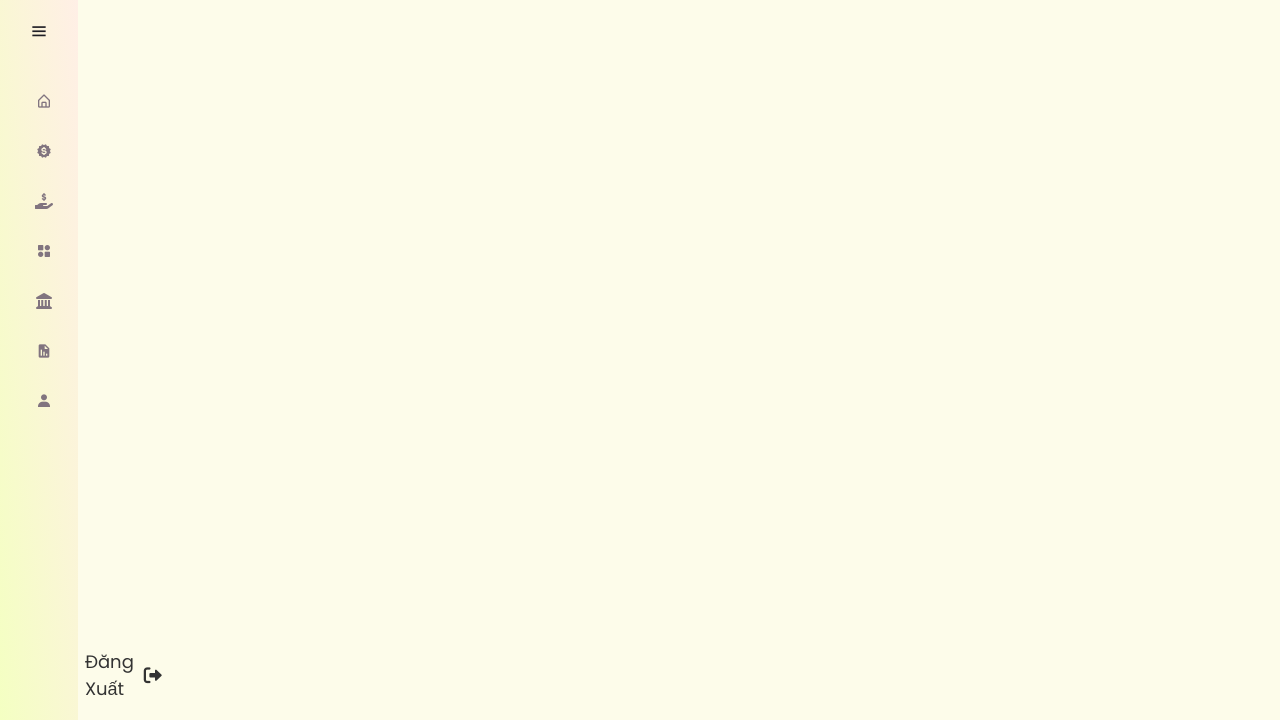
Repository: Dien973/expense_manager
Page: http://localhost/expense_manager/user_page/home.php
An editor plug-in stored every save of this project. The page is shown before and after the next save, followed by the edit.
The browser window is 1280 px wide. The pictures show the whole page.
The page is run by PHP 8.4 with error messages shown; the project is at /var/www/html/.

Above is the page before, as saved 2025-12-05 20:26:33.

### user_page/home.php
<?php

@include '../config.php';
session_start();
?>

<!DOCTYPE html>
<html lang="en">
<head>
    <meta charset="UTF-8">
   <meta http-equiv="X-UA-Compatible" content="IE=edge">
   <meta name="viewport" content="width=device-width, initial-scale=1.0">
   <title>Trang Chủ</title>

   <!-- font awesome cdn link  -->
   <link rel="stylesheet" href="https://cdnjs.cloudflare.com/ajax/libs/font-awesome/6.0.0/css/all.min.css">
   <link href='https://unpkg.com/boxicons@2.0.9/css/boxicons.min.css' rel='stylesheet'>

   <!-- custom css file link  -->
   <link rel="stylesheet" href="../css/main.css">
   <link rel="stylesheet" href="../css/sidebar.css">
</head>
<body>
    <?php @include 'silebar.php'; ?>
</body>
</html>

### config.php
<?php
// Kết nối đến cơ sở dữ liệu MySQL
$servername = "localhost";
$username = "root";
$password = "";
$dbname = "qly_chi_tieu";

// Tạo kết nối
$conn = mysqli_connect($servername, $username, $password, $dbname);

// Kiểm tra kết nối
if (!$conn) {
    die("Connection failed: " . mysqli_connect_error());
}
?>

### user_page/silebar.php

<header class="header">
    <div class="sidebar">
        <div class="logo_content">
            <div class="logo">
                <i class='bx bx-dollar-circle'></i>
                <div class="logo_name">Monee</div>
            </div>
            <i class="bx bx-menu" id="btn"></i>
        </div>
        <ul class="nav_list">
            <li>
                <a href="home.php">
                    <i class="bx bx-home-alt"></i>
                    <span class="links_name">Trang Chủ</span>
                </a>
                    <span class="tooltip">Trang Chủ</span>
            </li>
            <li>
                <a href="income.php">
                    <i class='bx bxs-badge-dollar' ></i>
                    <span class="links_name">Thu Nhập</span>
                </a>
                    <span class="tooltip">Thu Nhập</span>
            </li>
            <li>
                <a href="expense.php">
                    <i class="fa-solid fa-hand-holding-dollar"></i>
                    <span class="links_name">Chi Tiêu</span>
                </a>
                    <span class="tooltip">Chi Tiêu</span>
            </li>
            <li>
                <a href="category.php">
                    <i class='bx bxs-category-alt' ></i>
                    <span class="links_name">Doanh Mục</span>
                </a>
                    <span class="tooltip">Doanh Mục</span>
            </li>
            <li>
                <a href="budget.php">
                    <i class="fa-solid fa-landmark"></i>
                    <span class="links_name">Ngân Sách</span>
                </a>
                    <span class="tooltip">Ngân Sách</span>
            </li>
            <li>
                <a href="report.php">
                    <i class='bx bxs-report' ></i>
                    <span class="links_name">Báo Cáo</span>
                </a>
                    <span class="tooltip">Báo Cáo</span>
            </li>
            <li>
                <a href="account.php">
                    <i class='bx bxs-user' ></i>
                    <span class="links_name">Tài Khoản</span>
                </a>
                    <span class="tooltip">Tài Khoản</span>
            </li>
        </ul>

        <div class="logout-item">
            <span class="links_name">Đăng Xuất</span>
            <span class="tooltip">Đăng Xuất</span>
            <i class="fa-solid fa-right-from-bracket"></i>
        </div>

    <script>
        let btn = document.querySelector("#btn");
        let sidebar = document.querySelector(".sidebar");

        btn.onclick = function(){
            sidebar.classList.toggle("active");
        }
    </script>
</header>

### css/main.css
body {
  background-color: rgb(253, 252, 234);
}
/*----------FORM ĐĂNG NHẬP------------*/
.form-container {
  display: flex;
  align-items: center;
  justify-content: center;
  min-height: 100vh;
}

.form-container form {
  padding: 1.5rem;
  border-radius: 0.5rem;
  border: #000 solid 2px;
  background-color: #ffffff;
  box-shadow: 0 0.5rem 1rem rgba(0, 0, 0, 0.1);
  width: 50rem;
  text-align: center;
}

.form-container form h3 {
  font-size: 2.5rem;
  text-transform: uppercase;
  color: #000;
  margin-bottom: 1rem;
}

.form-container form .box {
  width: 100%;
  padding: 1.2rem 1.4rem;
  font-size: 1.8rem;
  color: #000;
  border: #000 solid 2px;
  background-color: #fff;
  margin: 1rem 0;
  border-radius: 0.5rem;
  position: relative;
}

.form-container form i {
  color: #000;
  font-size: 2.5rem;
  margin-right: 1rem;
}

.form-container form p,
.form-container form .forgot-pwd {
  margin-top: 1.5rem;
  font-size: 2rem;
  color: #666;
}

.form-container form p a,
.form-container form .forgot-pwd a {
  color: #9e9d9d;
}

.form-container form p a:hover,
.form-container form .forgot-pwd a:hover {
  color: #567bb2;
}

/*-- forgot password --*/
.form-container form .forgot-pwd {
  margin-top: 1rem;
  margin-bottom: 1rem;
  font-size: 2rem;
}

/*--- BUTTON ---*/
.btn {
  display: inline-block;
  border-radius: 0.5rem;
  margin-top: 1rem;
  font-size: 1.8rem;
  color: #494848;
  cursor: pointer;
  padding: 1rem 3rem;
  text-transform: capitalize;
}

.btn {
  background-color: rgb(243, 241, 200);
}

.btn:hover {
  background-color: rgb(255, 252, 212);
}

/* --- EYE TRONG Ô INPUT --- */

.form-container form .inpt {
  position: relative;
  display: flex;
  align-items: center;
}

.form-container form .inpt input.box {
  width: 100%;
  padding-right: 45px;
  box-sizing: border-box;
}

.form-container form .toggle-eye,
.form-container form .eye {
  position: absolute !important;
  right: 15px !important;
  top: 50% !important;
  transform: translateY(-50%) !important;
  font-size: 42px;
  cursor: pointer;
  color: #aaa;
  z-index: 10;
}

/*---------- THÔNG BÁO------------*/
.message-overlay {
  position: fixed;
  top: 0;
  left: 0;
  width: 100%;
  height: 100%;
  background: rgba(0, 0, 0, 0.5);
  display: flex;
  justify-content: center;
  align-items: center;
  z-index: 20000;
}

/* Hộp thông báo */
.message-box {
  background: #fff;
  padding: 2rem 3rem;
  border-radius: 10px;
  text-align: center;
  min-width: 350px;
  max-width: 80%;
  box-shadow: 0 10px 25px rgba(0, 0, 0, 0.3);
  position: relative;
  animation: popupShow 0.25s ease-out;
}

/* Nội dung */
.message-box span {
  font-size: 2rem;
  color: #000;
}

/* Icon đóng */
.message-box i {
  position: absolute;
  top: 10px;
  right: 12px;
  font-size: 2.2rem;
  color: #c0392b;
  cursor: pointer;
  transition: 0.2s;
}

.message-box i:hover {
  transform: rotate(90deg);
}

/* Animation hiển thị */
@keyframes popupShow {
  from {
    opacity: 0;
    transform: scale(0.8);
  }
  to {
    opacity: 1;
    transform: scale(1);
  }
}

### css/sidebar.css
@import url("https://fonts.googleapis.com/css2?family=Poppins:wght@100;200;300;400;500;600&display=swap");
* {
  margin: 0;
  padding: 0;
  box-sizing: border-box;
  font-family: "Poppins", sans-serif;
}
body {
  position: relative;
  min-height: 100vh;
  width: 100%;
  overflow: hidden;
}
.sidebar {
  position: fixed;
  display: flex;
  flex-direction: column;
  width: 78px;
  height: 100%;
  top: 0;
  left: 0;
  background: linear-gradient(to top right, #f4ffc2, #ffefe6);
  padding: 6px 14px;
  transition: all 0.5s ease;
}

.sidebar .logo_content .logo {
  display: flex;
  align-items: center;
  height: 50px;
  width: 100%;
  color: #1f1e25;

  opacity: 0;
  pointer-events: none;
}
.logo_content .logo i {
  font-size: 28px;
  margin-right: 5px;
}
.logo_content .logo .logo_name {
  font-size: 20px;
  font-weight: 400;
}

.sidebar #btn {
  position: absolute;
  color: #1f1e25;
  left: 50%;
  top: 6px;
  font-size: 20px;
  height: 50px;
  width: 50px;
  text-align: center;
  line-height: 50px;
  transform: translateX(-50%);
}

.sidebar ul {
  margin-top: 20px;
  flex: 1;
}
.sidebar ul li {
  position: relative;
  height: 50px;
  width: 100%;
  margin: 0 5px;
  list-style: none;
  line-height: 50px;
}
.sidebar ul li a {
  color: #81747f;
  display: flex;
  align-items: center;
  text-decoration: none;
  border-radius: 15px;
  transition: all 0.2s ease-in;
  white-space: nowrap;
}

.sidebar ul li i {
  height: 50px;
  min-width: 50px;
  border-radius: 12px;
  line-height: 50px;
  text-align: center;
}
.sidebar ul li a:hover {
  color: #000;
  font-weight: 600;
  background: rgba(255, 255, 255, 0.25);
}

.sidebar ul li .tooltip {
  position: absolute;
  left: 122px;
  top: 0;
  transform: translate(-50%, -50%);
  border-radius: 6px;
  height: 35px;
  width: 122px;
  background: rgba(255, 255, 255, 0.4);
  line-height: 35px;
  text-align: center;
  box-shadow: 0 5px 10px rgba(0, 0, 0, 0.2);
  transition: 0s;
  opacity: 0;
  pointer-events: none;
  display: block;
}
.sidebar ul li:hover .tooltip {
  transition: all 0.3s ease;
  top: 50%;
  opacity: 1;
}

.sidebar.active {
  width: 240px;
}
.sidebar.active .logo_content .logo {
  opacity: 1;
  pointer-events: none;
}

.sidebar.active #btn {
  left: 90%;
}

.sidebar.active ul li .tooltip {
  display: none;
}
.sidebar .links_name {
  opacity: 0;
  pointer-events: none;
  transition: all 0.5s ease;
}
.sidebar.active .links_name {
  opacity: 1;
  pointer-events: auto;
}
.logout {
  margin-top: auto;
}

.logout-item {
  display: flex;
  align-items: center;
  gap: 10px;
  font-size: 18px;
  color: #333;
  cursor: pointer;
  padding: 12px;
  border-radius: 8px;
  transition: 0.3s;
}

/* Ẩn chữ Đăng Xuất khi sidebar thu nhỏ */
.logout-item .links_name {
  opacity: 0;
  pointer-events: none;
  transition: all 0.5s ease;
}

/* Hiện chữ Đăng Xuất khi sidebar mở */
.sidebar.active .logout-item .links_name {
  opacity: 1;
  pointer-events: auto;
}

/* Tooltip ẩn khi sidebar mở */
.sidebar.active .logout-item .tooltip {
  display: none;
}

/* Hover tooltip khi sidebar thu nhỏ */
.logout-item:hover .tooltip {
  transition: all 0.3s ease;
  top: 50%;
  opacity: 1;
}

After the next save:
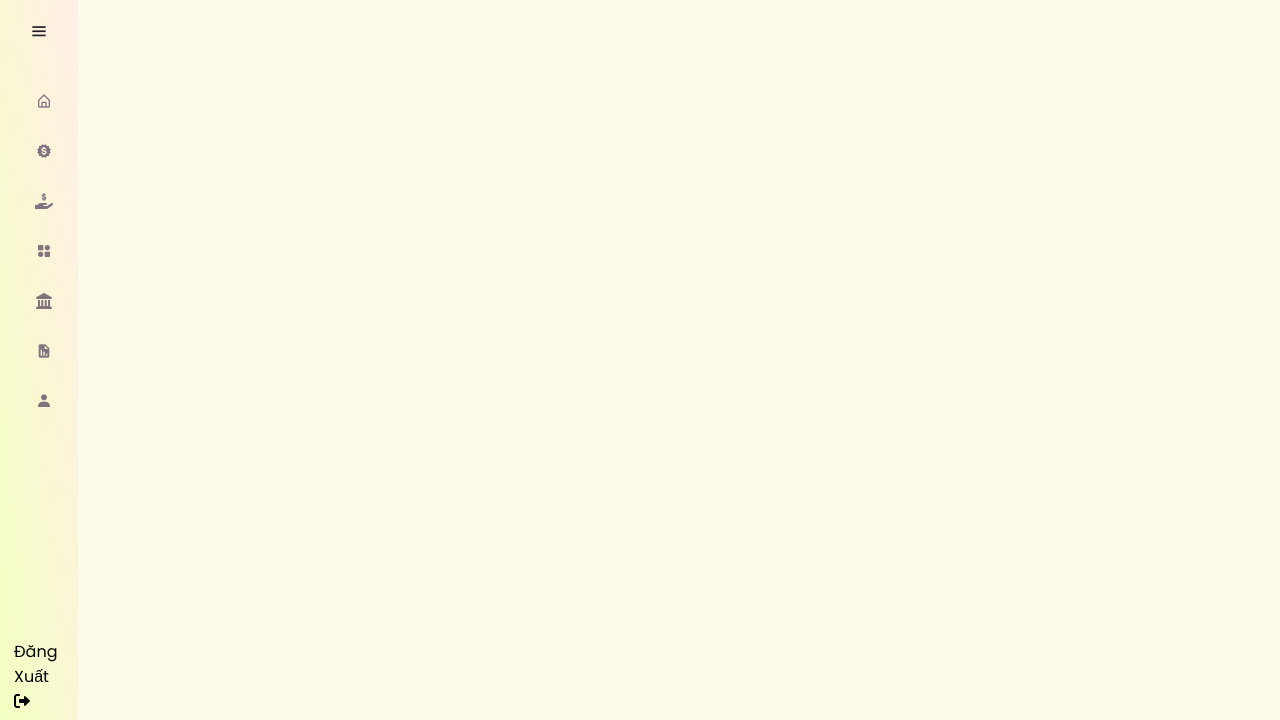
Saved 61 s later.
--- a/css/sidebar.css
+++ b/css/sidebar.css
@@ -1,16 +1,21 @@
 @import url("https://fonts.googleapis.com/css2?family=Poppins:wght@100;200;300;400;500;600&display=swap");
+
 * {
   margin: 0;
   padding: 0;
   box-sizing: border-box;
   font-family: "Poppins", sans-serif;
 }
+
 body {
   position: relative;
   min-height: 100vh;
   width: 100%;
   overflow: hidden;
 }
+
+/* ============= SIDEBAR ============= */
+
 .sidebar {
   position: fixed;
   display: flex;
@@ -24,25 +29,28 @@
   transition: all 0.5s ease;
 }
 
+/* Logo */
 .sidebar .logo_content .logo {
   display: flex;
   align-items: center;
   height: 50px;
   width: 100%;
   color: #1f1e25;
-
   opacity: 0;
   pointer-events: none;
 }
+
 .logo_content .logo i {
   font-size: 28px;
   margin-right: 5px;
 }
+
 .logo_content .logo .logo_name {
   font-size: 20px;
   font-weight: 400;
 }
 
+/* Toggle Button */
 .sidebar #btn {
   position: absolute;
   color: #1f1e25;
@@ -56,10 +64,12 @@
   transform: translateX(-50%);
 }
 
+/* Menu Items */
 .sidebar ul {
   margin-top: 20px;
   flex: 1;
 }
+
 .sidebar ul li {
   position: relative;
   height: 50px;
@@ -68,6 +78,7 @@
   list-style: none;
   line-height: 50px;
 }
+
 .sidebar ul li a {
   color: #81747f;
   display: flex;
@@ -85,12 +96,14 @@
   line-height: 50px;
   text-align: center;
 }
+
 .sidebar ul li a:hover {
   color: #000;
   font-weight: 600;
   background: rgba(255, 255, 255, 0.25);
 }
 
+/* Tooltip for menu */
 .sidebar ul li .tooltip {
   position: absolute;
   left: 122px;
@@ -108,15 +121,18 @@
   pointer-events: none;
   display: block;
 }
+
 .sidebar ul li:hover .tooltip {
   transition: all 0.3s ease;
   top: 50%;
   opacity: 1;
 }
 
+/* Sidebar Active */
 .sidebar.active {
   width: 240px;
 }
+
 .sidebar.active .logo_content .logo {
   opacity: 1;
   pointer-events: none;
@@ -129,52 +145,10 @@
 .sidebar.active ul li .tooltip {
   display: none;
 }
+
+/* Text label animation */
 .sidebar .links_name {
   opacity: 0;
   pointer-events: none;
   transition: all 0.5s ease;
 }
-.sidebar.active .links_name {
-  opacity: 1;
-  pointer-events: auto;
-}
-.logout {
-  margin-top: auto;
-}
-
-.logout-item {
-  display: flex;
-  align-items: center;
-  gap: 10px;
-  font-size: 18px;
-  color: #333;
-  cursor: pointer;
-  padding: 12px;
-  border-radius: 8px;
-  transition: 0.3s;
-}
-
-/* Ẩn chữ Đăng Xuất khi sidebar thu nhỏ */
-.logout-item .links_name {
-  opacity: 0;
-  pointer-events: none;
-  transition: all 0.5s ease;
-}
-
-/* Hiện chữ Đăng Xuất khi sidebar mở */
-.sidebar.active .logout-item .links_name {
-  opacity: 1;
-  pointer-events: auto;
-}
-
-/* Tooltip ẩn khi sidebar mở */
-.sidebar.active .logout-item .tooltip {
-  display: none;
-}
-
-/* Hover tooltip khi sidebar thu nhỏ */
-.logout-item:hover .tooltip {
-  transition: all 0.3s ease;
-  top: 50%;
-  opacity: 1;
-}

After the save that followed:
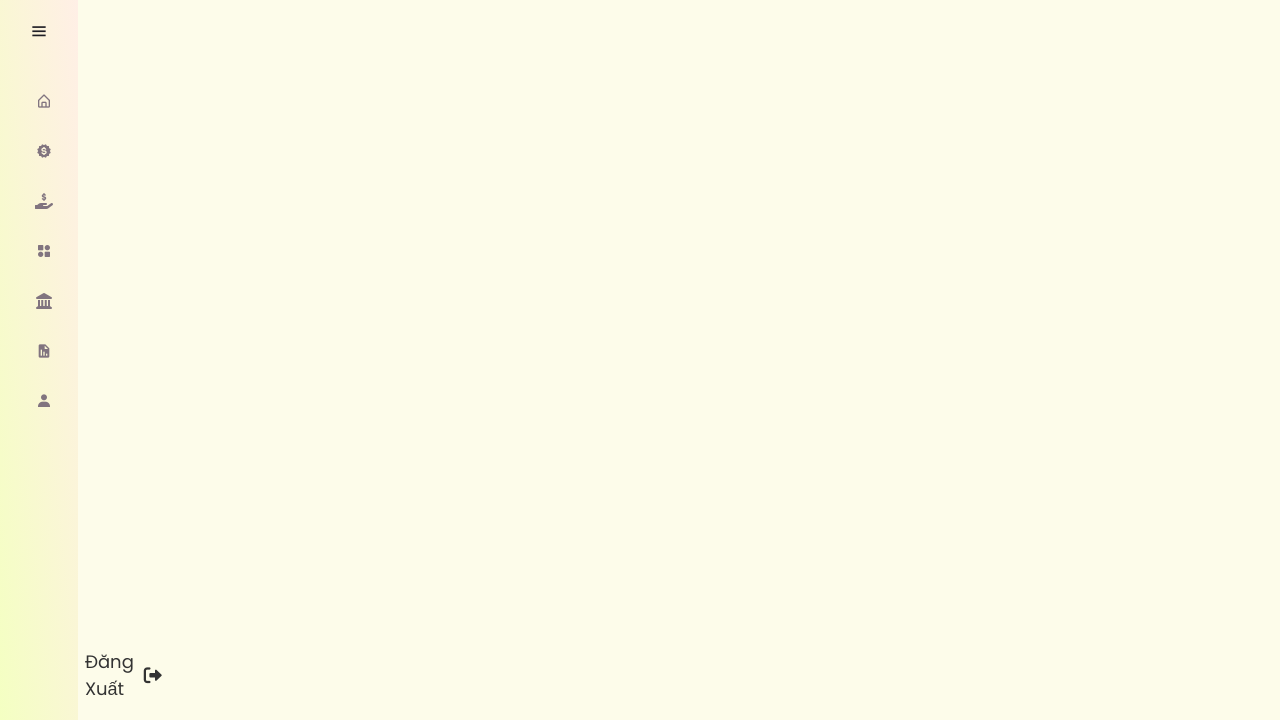
Saved 22 s later.
--- a/css/sidebar.css
+++ b/css/sidebar.css
@@ -1,21 +1,16 @@
 @import url("https://fonts.googleapis.com/css2?family=Poppins:wght@100;200;300;400;500;600&display=swap");
-
 * {
   margin: 0;
   padding: 0;
   box-sizing: border-box;
   font-family: "Poppins", sans-serif;
 }
-
 body {
   position: relative;
   min-height: 100vh;
   width: 100%;
   overflow: hidden;
 }
-
-/* ============= SIDEBAR ============= */
-
 .sidebar {
   position: fixed;
   display: flex;
@@ -29,28 +24,25 @@
   transition: all 0.5s ease;
 }
 
-/* Logo */
 .sidebar .logo_content .logo {
   display: flex;
   align-items: center;
   height: 50px;
   width: 100%;
   color: #1f1e25;
+
   opacity: 0;
   pointer-events: none;
 }
-
 .logo_content .logo i {
   font-size: 28px;
   margin-right: 5px;
 }
-
 .logo_content .logo .logo_name {
   font-size: 20px;
   font-weight: 400;
 }
 
-/* Toggle Button */
 .sidebar #btn {
   position: absolute;
   color: #1f1e25;
@@ -64,12 +56,10 @@
   transform: translateX(-50%);
 }
 
-/* Menu Items */
 .sidebar ul {
   margin-top: 20px;
   flex: 1;
 }
-
 .sidebar ul li {
   position: relative;
   height: 50px;
@@ -78,7 +68,6 @@
   list-style: none;
   line-height: 50px;
 }
-
 .sidebar ul li a {
   color: #81747f;
   display: flex;
@@ -96,14 +85,12 @@
   line-height: 50px;
   text-align: center;
 }
-
 .sidebar ul li a:hover {
   color: #000;
   font-weight: 600;
   background: rgba(255, 255, 255, 0.25);
 }
 
-/* Tooltip for menu */
 .sidebar ul li .tooltip {
   position: absolute;
   left: 122px;
@@ -121,18 +108,15 @@
   pointer-events: none;
   display: block;
 }
-
 .sidebar ul li:hover .tooltip {
   transition: all 0.3s ease;
   top: 50%;
   opacity: 1;
 }
 
-/* Sidebar Active */
 .sidebar.active {
   width: 240px;
 }
-
 .sidebar.active .logo_content .logo {
   opacity: 1;
   pointer-events: none;
@@ -145,10 +129,52 @@
 .sidebar.active ul li .tooltip {
   display: none;
 }
-
-/* Text label animation */
 .sidebar .links_name {
   opacity: 0;
   pointer-events: none;
   transition: all 0.5s ease;
 }
+.sidebar.active .links_name {
+  opacity: 1;
+  pointer-events: auto;
+}
+.logout {
+  margin-top: auto;
+}
+
+.logout-item {
+  display: flex;
+  align-items: center;
+  gap: 10px;
+  font-size: 18px;
+  color: #333;
+  cursor: pointer;
+  padding: 12px;
+  border-radius: 8px;
+  transition: 0.3s;
+}
+
+/* Ẩn chữ Đăng Xuất khi sidebar thu nhỏ */
+.logout-item .links_name {
+  opacity: 0;
+  pointer-events: none;
+  transition: all 0.5s ease;
+}
+
+/* Hiện chữ Đăng Xuất khi sidebar mở */
+.sidebar.active .logout-item .links_name {
+  opacity: 1;
+  pointer-events: auto;
+}
+
+/* Tooltip ẩn khi sidebar mở */
+.sidebar.active .logout-item .tooltip {
+  display: none;
+}
+
+/* Hover tooltip khi sidebar thu nhỏ */
+.logout-item:hover .tooltip {
+  transition: all 0.3s ease;
+  top: 50%;
+  opacity: 1;
+}
